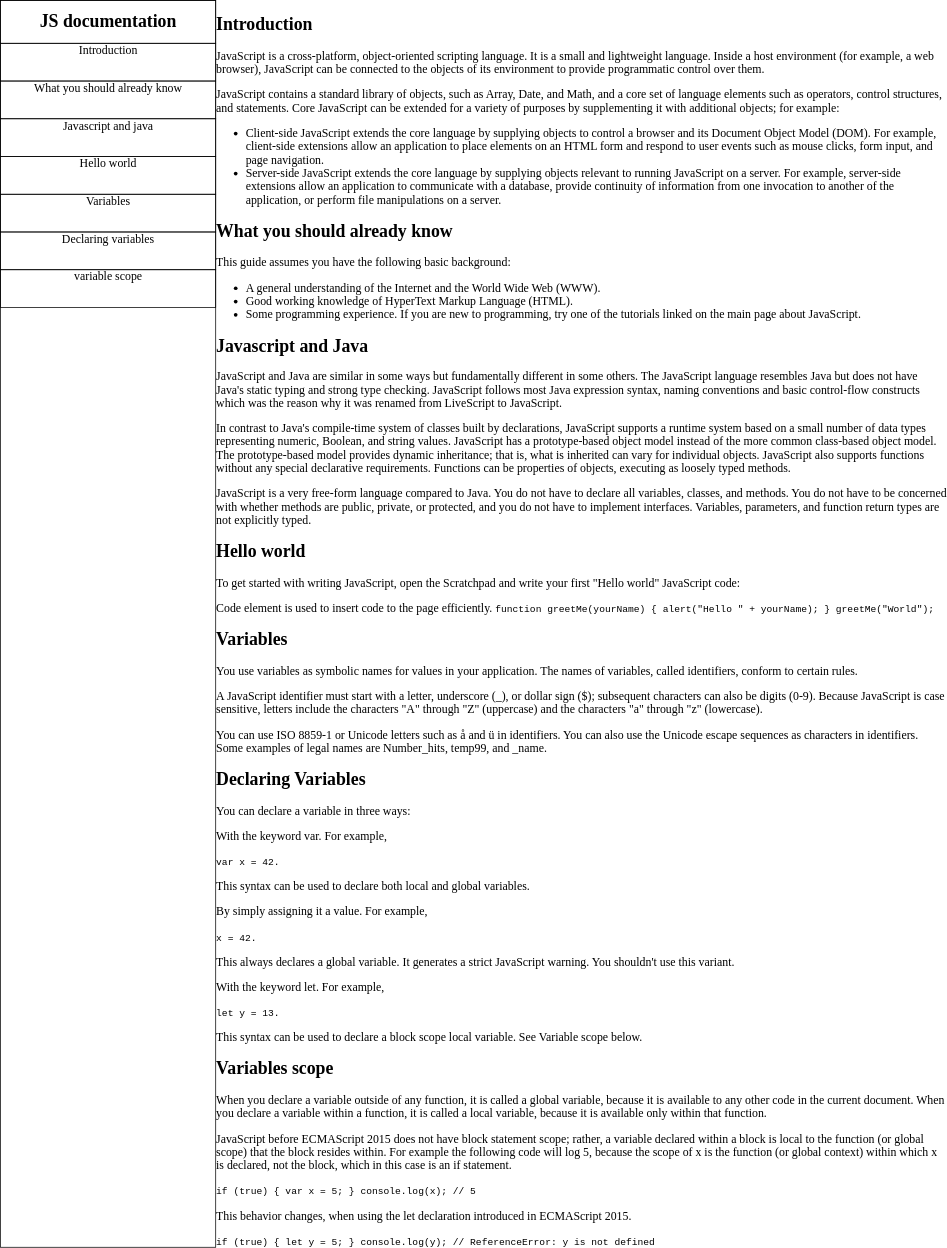
Repository: Pafestivo/Technical-documentation
Page: index.html
These files come from the project's save history. The page is drawn as it stood at one moment and after the next save; the edit follows.
The browser window is 1280 px wide. The pictures show the whole page, at 74% of full size.

Above is the page before, as saved 2022-09-07 13:30:52.

### index.html
<!DOCTYPE html>
<html lang="en">
<head>
    <meta charset="UTF-8">
    <meta name="viewport" content="width=device-width, initial-scale=1.0">
    <link rel="stylesheet" href="styles.css">
    <title>Technical Documentation Page</title>
</head>
<body>
  <nav id="navbar">
    <header>
      <h1>JS documentation</h1>
    </header>
    <ul>
      <li><a id="nav-link" href="#introduction">Introduction</a></li>
      <li><a id="nav-link" href="#what_you_should_already_know">What you should already know</a></li>
      <li><a id="nav-link" href="#javascript_and_Java">Javascript and java</a></li>
      <li><a id="nav-link" href="#hello_world">Hello world</a></li>
      <li><a id="nav-link" href="#variables">Variables</a></li>
      <li><a id="nav-link" href="#declaring_variables">Declaring variables</a></li>
      <li><a id="nav-link" href="#variable_scope">variable scope</a></li>
    </ul>
  </nav>
  <main id="main-doc">
    <section id="introduction" class="main-section">
      <h1>Introduction</h1>

      <p>JavaScript is a cross-platform, object-oriented scripting language. It is a small and lightweight language. Inside a host environment (for example, a web browser), JavaScript can be connected to the objects of its environment to provide programmatic control over them.</p>

      <p>JavaScript contains a standard library of objects, such as Array, Date, and Math, and a core set of language elements such as operators, control structures, and statements. Core JavaScript can be extended for a variety of purposes by supplementing it with additional objects; for example:</p>

      <ul>
        <li>Client-side JavaScript extends the core language by supplying objects to control a browser and its Document Object Model (DOM). For example, client-side extensions allow an application to place elements on an HTML form and respond to user events such as mouse clicks, form input, and page navigation.</li>
        <li>Server-side JavaScript extends the core language by supplying objects relevant to running JavaScript on a server. For example, server-side extensions allow an application to communicate with a database, provide continuity of information from one invocation to another of the application, or perform file manipulations on a server.</li>
      </ul>
    </section>

    <section id="what_you_should_already_know" class="main-section">
        <h1>What you should already know</h1>

        <p>This guide assumes you have the following basic background:</p>

        <ul>
          <li>A general understanding of the Internet and the World Wide Web (WWW).</li>
          <li>Good working knowledge of HyperText Markup Language (HTML).</li>
          <li>Some programming experience. If you are new to programming, try one of the tutorials linked on the main page about JavaScript.</li>
        </ul>
      </section>

      <section id="javascript_and_Java" class="main-section">
        <h1>Javascript and Java</h1>

        <p>JavaScript and Java are similar in some ways but fundamentally different in some others. The JavaScript language resembles Java but does not have Java's static typing and strong type checking. JavaScript follows most Java expression syntax, naming conventions and basic control-flow constructs which was the reason why it was renamed from LiveScript to JavaScript.</p>

        <p>In contrast to Java's compile-time system of classes built by declarations, JavaScript supports a runtime system based on a small number of data types representing numeric, Boolean, and string values. JavaScript has a prototype-based object model instead of the more common class-based object model. The prototype-based model provides dynamic inheritance; that is, what is inherited can vary for individual objects. JavaScript also supports functions without any special declarative requirements. Functions can be properties of objects, executing as loosely typed methods.</p>

        <p>JavaScript is a very free-form language compared to Java. You do not have to declare all variables, classes, and methods. You do not have to be concerned with whether methods are public, private, or protected, and you do not have to implement interfaces. Variables, parameters, and function return types are not explicitly typed.</p>
      </section>

      <section id="hello_world" class="main-section">
        <h1>Hello world</h1>
        <p>To get started with writing JavaScript, open the Scratchpad and write your first "Hello world" JavaScript code:</p>

        Code element is used to insert code to the page efficiently.
        <code>
            function greetMe(yourName) { alert("Hello " + yourName); }
            greetMe("World");
        </code>
      </section>

      <section id="variables" class="main-section">
        <h1>Variables</h1>

        <p>You use variables as symbolic names for values in your application. The names of variables, called identifiers, conform to certain rules.</p>

        <p>A JavaScript identifier must start with a letter, underscore (_), or dollar sign ($); subsequent characters can also be digits (0-9). Because JavaScript is case sensitive, letters include the characters "A" through "Z" (uppercase) and the characters "a" through "z" (lowercase).</p>

        <p>You can use ISO 8859-1 or Unicode letters such as å and ü in identifiers. You can also use the Unicode escape sequences as characters in identifiers. Some examples of legal names are Number_hits, temp99, and _name.</p>
      </section>

      <section id="declaring_variables" class="main-section">
        <h1>Declaring Variables</h1>

        <p>You can declare a variable in three ways:</p>

        <p>With the keyword var. For example,</p>
        <code>
            var x = 42.
        </code>

        <p>This syntax can be used to declare both local and global variables.</p>

        <p>By simply assigning it a value. For example,</p>
        <code>
            x = 42.
        </code>

        <p>This always declares a global variable. It generates a strict JavaScript warning. You shouldn't use this variant.</p>

        <p>With the keyword let. For example,</p>
        <code>
            let y = 13.
        </code>

        <p>This syntax can be used to declare a block scope local variable. See Variable scope below.</p>
      </section>

      <section id="variable_scope" class="main-section">
        <h1>Variables scope</h1>

        <p>When you declare a variable outside of any function, it is called a global variable, because it is available to any other code in the current document. When you declare a variable within a function, it is called a local variable, because it is available only within that function.</p>

        <p>JavaScript before ECMAScript 2015 does not have block statement scope; rather, a variable declared within a block is local to the function (or global scope) that the block resides within. For example the following code will log 5, because the scope of x is the function (or global context) within which x is declared, not the block, which in this case is an if statement.</p>
        <code>
            if (true) { var x = 5; } console.log(x); // 5
        </code>

        <p>This behavior changes, when using the let declaration introduced in ECMAScript 2015.</p>
        <code>
            if (true) { let y = 5; } console.log(y); // ReferenceError: y is
not defined
        </code>
  </main>

</body>
</html>

### styles.css
html {
  box-sizing: border-box;
  scroll-behavior: smooth;
}

body {
  display: flex;
  padding: 0;
  margin: 0;
}

/* Navigation bar  */
#navbar {
  min-width: 290px;
  border: 1px solid #000;
}

#navbar header {
  margin: -1px;
}

#navbar header h1{
  margin: 0;
  padding: 15px;
  border: 1px solid #000;
  text-align: center;
}

#navbar ul {
  list-style: none;
  margin: 0;
  padding: 0;
}

#navbar ul li {
  margin: -1px;
}

#navbar ul a {
  display: block;
  text-decoration: none;
  color: #000;
  height: 50px;
  border: 1px solid #000;
  text-align: center;
}

/* Navigation bar end  */

After the next save:
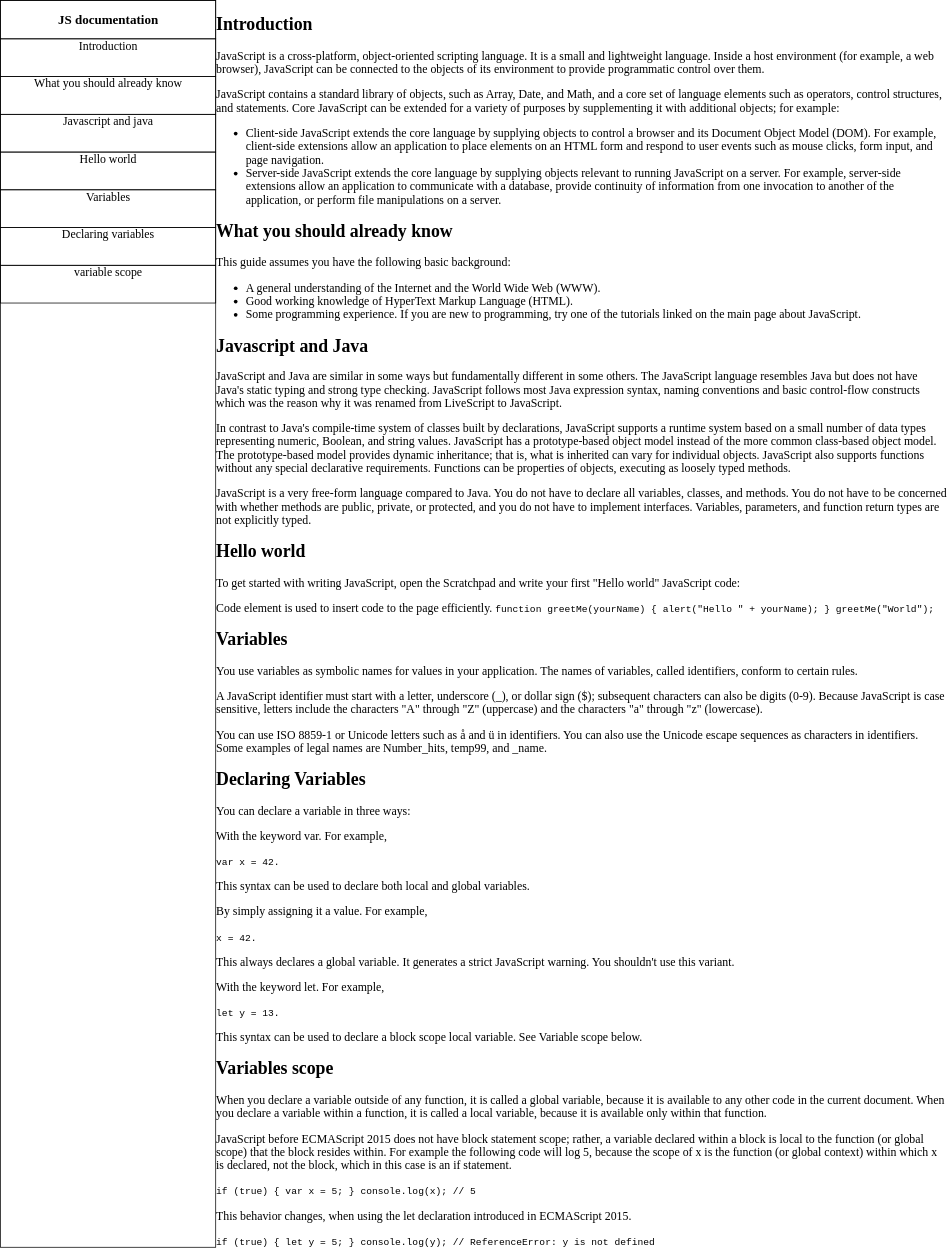
Saved 10 s later.
--- a/styles.css
+++ b/styles.css
@@ -21,6 +21,7 @@
 
 #navbar header h1{
   margin: 0;
+  font-size: 1.1rem;
   padding: 15px;
   border: 1px solid #000;
   text-align: center;

After the save that followed:
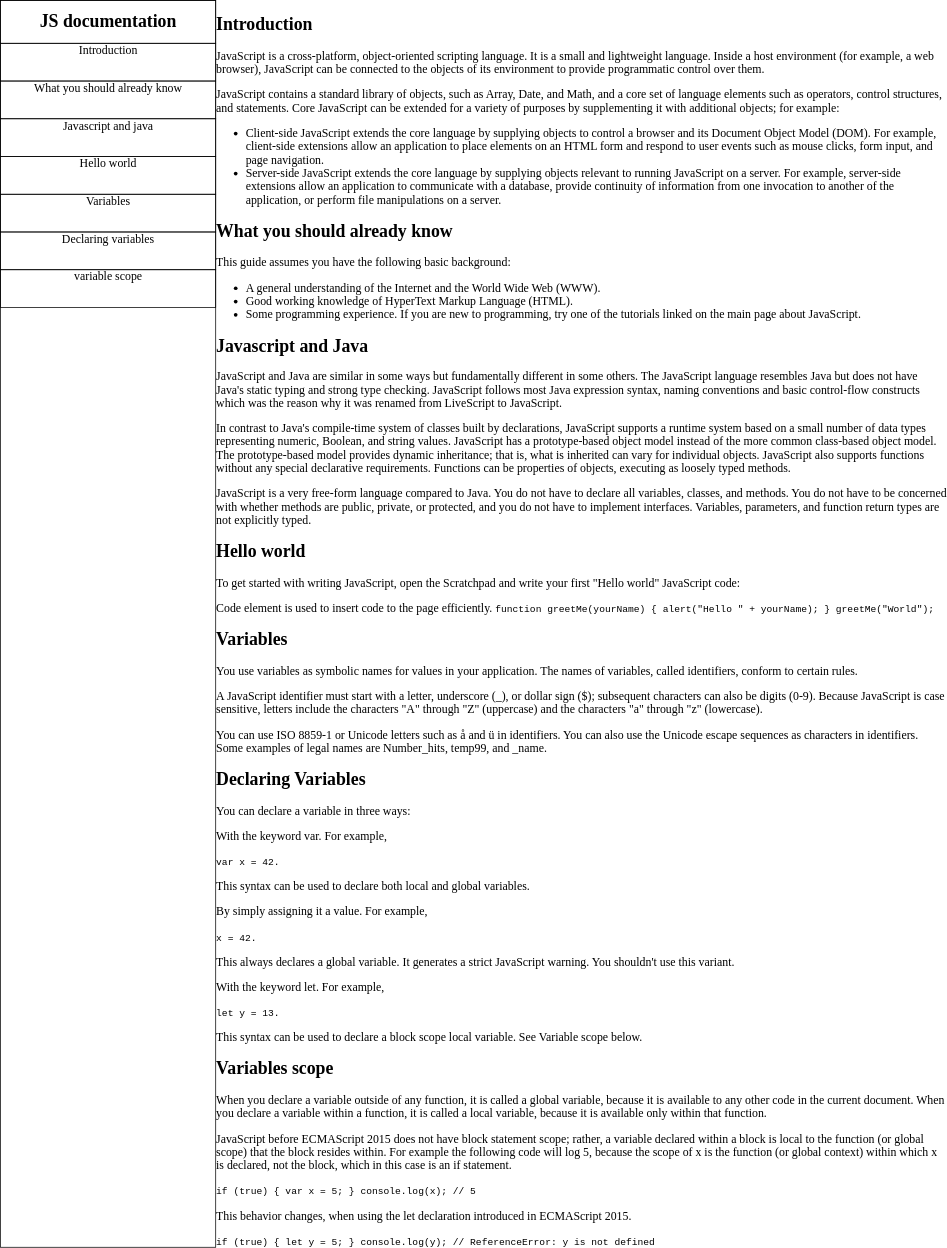
Saved 6 s later.
--- a/styles.css
+++ b/styles.css
@@ -21,7 +21,6 @@
 
 #navbar header h1{
   margin: 0;
-  font-size: 1.1rem;
   padding: 15px;
   border: 1px solid #000;
   text-align: center;
